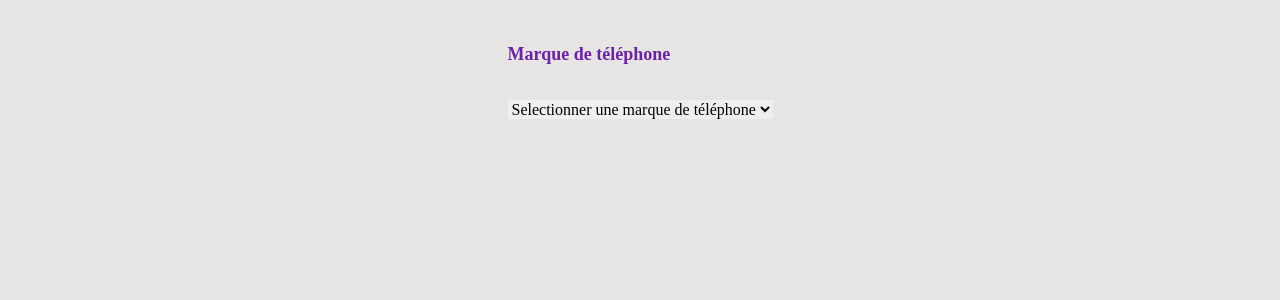
Repository: darlino/gotyu_shopify_section
Page: product_select220223/index.html
The author's editor kept a copy of each file at every save. The page is drawn from the files as they stood at one save, then again after the next save.
The browser window is 1280 px wide. The pictures show the whole page.
Some web fonts or font styles are not loaded; a fallback is used. Some web libraries are served in a nearby version.

Above is the page before, as saved 2023-02-22 18:17:55.

### product_select220223/index.html
<!DOCTYPE html>
<html lang="en">
  <head>
    <meta charset="UTF-8" />
    <meta http-equiv="X-UA-Compatible" content="IE=edge" />
    <meta name="viewport" content="width=device-width, initial-scale=1.0" />
    <title>Document</title>
    <script src="https://cdn.tailwindcss.com"></script>
    <link rel="preconnect" href="https://fonts.googleapis.com" />
    <link rel="preconnect" href="https://fonts.gstatic.com" crossorigin />
    <link
      href="https://fonts.googleapis.com/css2?family=Gloock&display=swap"
      rel="stylesheet"
    />
    <link rel="stylesheet" href="style.css" />
  </head>
  <body>
    <section id="product_select220223">
      <div class="flex flex-col max-w-[1300px] bg-stone-200 h-screen mx-auto">
        <div class="flex flex-col space-y-8 mx-auto p-10">
          <p class="text-lg font-bold text-left text-purple-800">
            Marque de téléphone
          </p>
          <select name="select_brand" id="select_brand">
            <option value="">Selectionner une marque de téléphone</option>
            <option value="Samsung">Samsung</option>
            <option value="Xiaomi"></option>
            <option value="Tecno"></option>
          </select>
        </div>
      </div>
    </section>
  </body>
</html>

### product_select220223/style.css
* {
  margin: 0;
  padding: 0;
  font-family: "Gloock", serif;
}

#product_select220223 {
  width: 100%;
  height: auto;
}

After the next save:
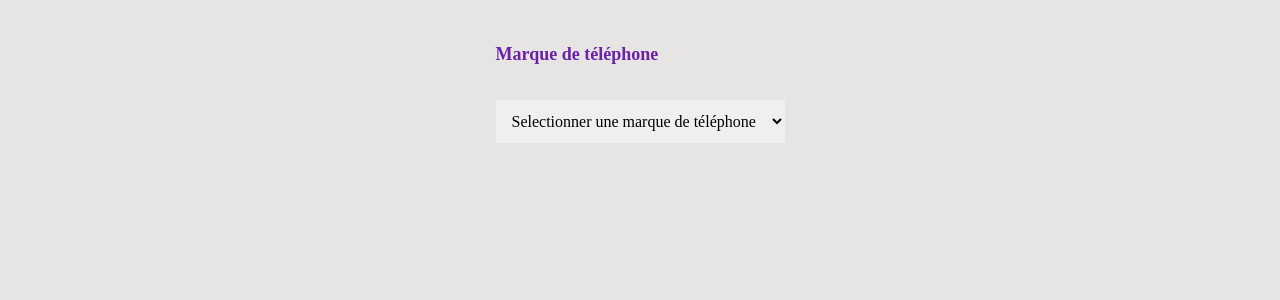
Saved 13 s later.
--- a/product_select220223/index.html
+++ b/product_select220223/index.html
@@ -21,7 +21,7 @@
           <p class="text-lg font-bold text-left text-purple-800">
             Marque de téléphone
           </p>
-          <select name="select_brand" id="select_brand">
+          <select name="select_brand" id="select_brand" class="p-3">
             <option value="">Selectionner une marque de téléphone</option>
             <option value="Samsung">Samsung</option>
             <option value="Xiaomi"></option>
